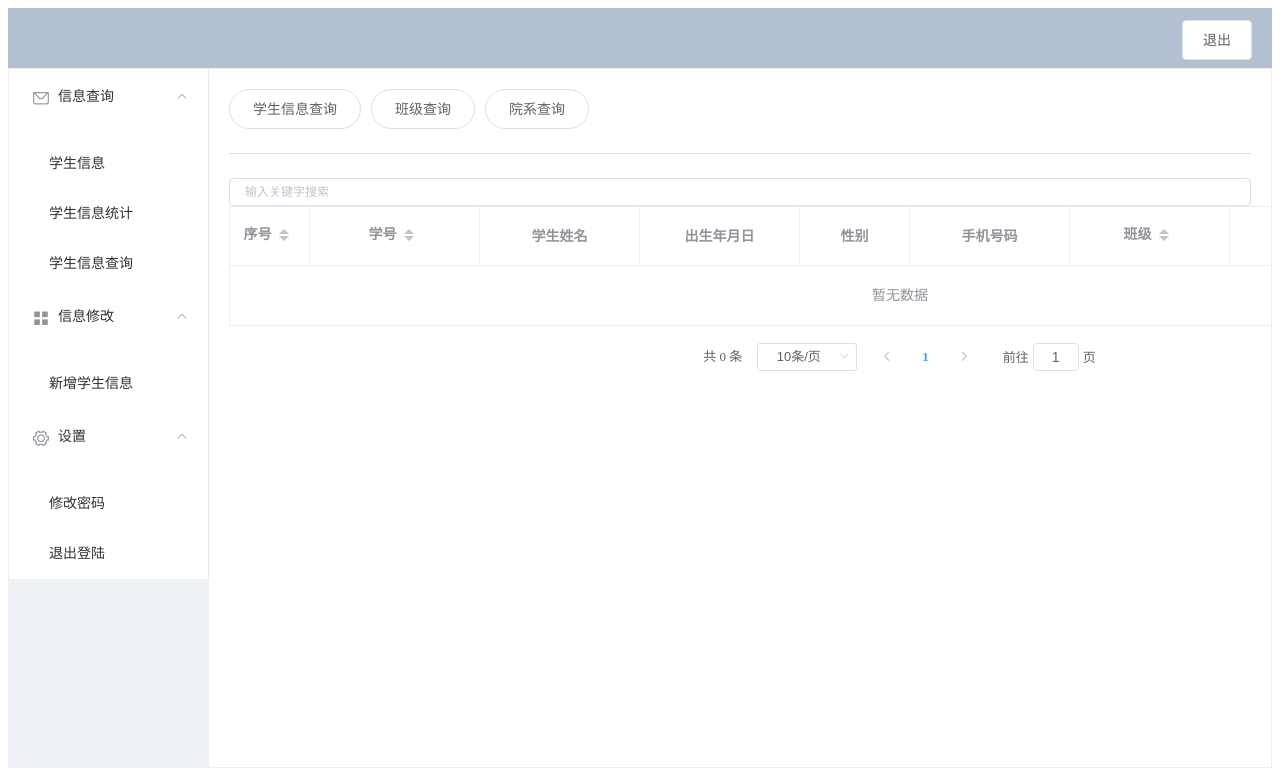
Repository: zhu-jun-xian/Student_information_management_system
Page: /selectstudent (app in front_end/front_end/)
An editor plug-in stored every save of this project. The page is shown before and after a run of saves, followed by the edit.
The browser window is 1280 px wide. The pictures show the whole page.
The page's requests for data from a server got no answer. The project was rebuilt for these pictures with package versions that can differ from the ones it lists, and the page was loaded fresh each time. No one was signed in, and anything a server would have sent is missing. Also part of the build but not shown: front_end/front_end/src/components/login.vue, front_end/front_end/src/components/register.vue.

Above is the page before, as saved 2020-11-23 19:09:20.

### front_end/front_end/index.html
<!DOCTYPE html>
<html>

<head>
    <meta charset="utf-8">
    <meta name="viewport" content="width=device-width,initial-scale=1.0">
    <script src="https://unpkg.com/axios/dist/axios.min.js"></script>
    <title>front_end</title>
</head>

<body>
    <div id="app"></div>
    <!-- built files will be auto injected -->
</body>

</html>

### front_end/front_end/src/App.vue
<template>
  <div id="app">

  <router-view/>
  </div>
</template>
<script>

export default {
  data(){
    return {

    }
  }

}
</script>

### front_end/front_end/src/components/User/selectstudent.vue
<template>
  <div class="hello">
    <div>
      <el-row>
        <el-button round  >学生信息查询</el-button>
        <el-button round   @click.native="selectclassVisible=true">班级查询</el-button>
        <el-button round   @click.native="selectgendVisible=true">院系查询</el-button> <el-divider></el-divider>
        <el-input  v-model="search" size="mini" placeholder="输入关键字搜索"/>

      </el-row>
    </div>
    <el-container>

   <div>
    <el-table border class="el-table-column" :data="stuData.slice((currentPage-1)*pageSize,currentPage*pageSize)" :default-sort = "{prop: 'date', order: 'descending'}" style="width: 100%" @row-click="rowclick">
      <el-table-column align="center" header-align="center" prop="stuNum" label="序号" width="80%" sortable></el-table-column>
      <el-table-column align="center" header-align="center" prop="stuID" label="学号"  width="170%" sortable></el-table-column>
      <el-table-column align="center" header-align="center" prop="stuName" label="学生姓名"  width="160%"></el-table-column>
      <el-table-column align="center" header-align="center" prop="stuBirth" label="出生年月日"  width="160%"></el-table-column>
      <el-table-column align="center" header-align="center" prop="stuSex" label="性别"  width="110%"></el-table-column>
      <el-table-column align="center" header-align="center" prop="stuTel" label="手机号码"  width="160%"></el-table-column>
      <el-table-column align="center" header-align="center" prop="stuClass" label="班级"  width="160%" sortable></el-table-column>
      <el-table-column align="center" header-align="center" prop="stuDep" label="系部"  width="160%" sortable></el-table-column>
      <el-table-column align="center" header-align="center" prop="" label="操作"  width="180%">
      <el-button
          size="mini"
          @click.native="UpdateVisible = true">Edit</el-button>

        <el-button
          size="mini"
          type="danger"
          @click.native.prevent="deleteRow()">Delete</el-button></el-table-column>
    </el-table>
    <div class="block" style="margin-top:15px;">
            <el-pagination align='center'
            @size-change="handleSizeChange"
            @current-change="handleCurrentChange"
            :current-page="currentPage"
            :page-sizes="[5,10,20,50]"
            :page-size="pageSize"
            layout="total, sizes, prev, pager, next, jumper"
            :total="stuData.length">
            </el-pagination>
        </div>
    </div>

</el-container>


<el-dialog title="修改学生信息" :visible.sync="UpdateVisible" width="35%">

        <el-form ref="Updateform" :model="Updateform" label-width="100px">
          <el-form-item label="学号" prop="studentnumber">
            <el-input v-model="rowID" plain disabled></el-input>
          </el-form-item>
          <el-form-item label="学生姓名" prop="name">
            <el-input v-model="Updateform.name"></el-input>
          </el-form-item>

          <el-form-item label="出生年月" prop="time" >
                       <el-input v-model="Updateform.time" placeholder="20200501"></el-input>
          </el-form-item>
           <el-form-item label="性别" prop="sex">
                <el-select v-model="Updateform.sex" placeholder="请选择" style="width:100%" >
                     <el-option label="男" value="男"></el-option>
                      <el-option label="女" value="女"></el-option>
                 </el-select>
          </el-form-item>
         <el-form-item label="手机号码" prop="tel">
            <el-input v-model="Updateform.tel"></el-input>
           </el-form-item>
           <el-form-item label="班级" prop="classnumber">
            <el-input v-model="Updateform.classnumber"></el-input>
           </el-form-item>
           <el-form-item label="系部" prop="department">
           <el-select v-model="Updateform.department" placeholder="请选择" style="width:100%" >
            <el-option label="智能制造学部" value="智能制造学部"></el-option>
            <el-option label="土木工程学院" value="土木工程学院"></el-option>
            <el-option label="经济管理学院" value="经济管理学院"></el-option>
            <el-option label="外国语学院" value="外国语学院"></el-option>
            <el-option label="艺术设计学院" value="艺术设计学院"></el-option>
          </el-select>
           </el-form-item>
          <el-form-item>
            <el-button type="primary" @click="updateusermessage">确认</el-button>
            <el-button @click="resetForm('Updateform')">清空</el-button>
          </el-form-item>
        </el-form>
      </span>
    </el-dialog>


  </div>
</template>

<script>
// import selectstudent from '@/components/User/selectstudent'
 export default {

   data() {
      return {
        rowID:'',
         stuData: [{
            stuNum: '',
            stuID: '',
            stuName: '',
            stuBirth:'',
            stuSex:'',
            stuTel:'',
            stuClass:'',
            stuDep:'',
          }],
          currentPage:1,
        pageSize:10,
        ifimg:true,
        stuData:[],
        tabPosition: 'left',
        // dialogVisible: false,
        UpdateVisible: false, //控制对话框的显示和隐藏
        dialog: false,
         imageUrl: '',
      Updateform: {
        studentnumber: "",
        name: "",
        time: "",
        sex: "",
        tel: "",
        classnumber: "",
        department: "",
      },

      };
    },


    methods: {
      updateusermessage(){
         let stuid=this.rowID
         console.log("updateusermessage:"+stuid)
axios({
          method:"post",
          url:"/api/updateMessagesById",
          data:{
            stuID:stuid,
            stuName:this.Updateform.name,
            stuBirth:this.Updateform.time,
            stuSex:this.Updateform.sex,
            stuTel:this.Updateform.tel,
            stuClass:this.Updateform.classnumber,
            stuDep:this.Updateform.department,
          }
        }).then(response=>{
          console.log(response.data)
          this.UpdateVisible=false
          if(response.data=="ok"){
alert("修改成功")
 axios({
          method:"get",
          url:"/api/findAll",
        }).then(response=>{
          let body = response.data;

          console.log(typeof (body));
         this.stuData=body
          console.log(JSON.stringify(body))
        }).catch(err=>{
          console.log("...err...",err)
        });
          }

        }).catch(err=>{
          console.log("...err...",err)
        });
      },



 //删除学生信息
      deleteRow(){
 let stuid=this.rowID
         console.log("deleteRow:"+stuid)
axios({
          method:"post",
          url:"/api/deleteMessagesById",
          data:{
            stuID:stuid
          }
        }).then(response=>{
          console.log(response.data)
          if(response.data=="ok"){
alert("删除成功")
 axios({
          method:"get",
          url:"/api/findAll",
        }).then(response=>{
          let body = response.data;

          console.log(typeof (body));
         this.stuData=body
          console.log(JSON.stringify(body))
        }).catch(err=>{
          console.log("...err...",err)
        });
          }

        }).catch(err=>{
          console.log("...err...",err)
        });
      },

//获取一行的学号
      rowclick(row){
        this.rowID=row.stuID
        console.log("rowclick:"+row.stuID)
        return row.stuID
      },


      handleClose(key, keyPath) {
        console.log(key, keyPath);
      },

//清空表单
    resetForm(formName) {
        this.$refs[formName].resetFields();
      },

            //分页
        handleSizeChange(val) {
         console.log(`每页 ${val} 条`);
         this.currentPage = 1;
         this.pageSize = val;
        },
        handleCurrentChange: function(val) {
            this.currentPage = val;
        },

    },
    //获取表格数据
    created(){
      var name = this.$route.query.username;
      console.log(name)
       this.username=name;
       console.log(this.username)
          axios({
          method:"get",
          url:"/api/findAll",
        }).then(response=>{
          let body = response.data;

          console.log(typeof (body));
         this.stuData=body
          console.log(JSON.stringify(body))
        }).catch(err=>{
          console.log("...err...",err)
        });
    },

  }

</script>


<!-- Add "scoped" attribute to limit CSS to this component only -->
<style>
.el-header {
    background-color: #B3C0D1;
    color: #333;
    line-height: 60px;
  }

  .el-aside {
    color: #333;
  }

  .avatar-uploader .el-upload {
    border: 1px dashed #d9d9d9;
    border-radius: 6px;
    cursor: pointer;
    position: relative;
    overflow: hidden;
  }
  .avatar-uploader .el-upload:hover {
    border-color: #409EFF;
  }
  .avatar-uploader-icon {
    font-size: 28px;
    color: #8c939d;
    width: 178px;
    height: 178px;
    line-height: 178px;
    text-align: center;
  }
  .avatar {
    width: 178px;
    height: 178px;
    display: block;
  }
</style>

### front_end/front_end/src/components/User/inforstudent.vue
<template>
  <div class="hello">
    <el-container>

   <div>
    <el-table border class="el-table-column" :data="stuData.slice((currentPage-1)*pageSize,currentPage*pageSize)" style="width: 100%" @row-click="rowclick">
      <el-table-column align="center" header-align="center" prop="stuNum" label="序号" width="80%"></el-table-column>
      <el-table-column align="center" header-align="center" prop="stuID" label="学号"  width="170%"></el-table-column>
      <el-table-column align="center" header-align="center" prop="stuName" label="学生姓名"  width="160%"></el-table-column>
      <el-table-column align="center" header-align="center" prop="stuBirth" label="出生年月日"  width="160%"></el-table-column>
      <el-table-column align="center" header-align="center" prop="stuSex" label="性别"  width="110%"></el-table-column>
      <el-table-column align="center" header-align="center" prop="stuTel" label="手机号码"  width="160%"></el-table-column>
      <el-table-column align="center" header-align="center" prop="stuClass" label="班级"  width="160%"></el-table-column>
      <el-table-column align="center" header-align="center" prop="stuDep" label="系部"  width="160%"></el-table-column>
      <el-table-column align="center" header-align="center" prop="" label="操作"  width="180%">
      <el-button
          size="mini"
          @click.native="UpdateVisible = true">Edit</el-button>

        <el-button
          size="mini"
          type="danger"
          @click.native.prevent="deleteRow()">Delete</el-button></el-table-column>
    </el-table>
    <div class="block" style="margin-top:15px;">
            <el-pagination align='center'
            @size-change="handleSizeChange"
            @current-change="handleCurrentChange"
            :current-page="currentPage"
            :page-sizes="[5,10,20,50]"
            :page-size="pageSize"
            layout="total, sizes, prev, pager, next, jumper"
            :total="stuData.length">
            </el-pagination>
        </div>
    </div>

</el-container>


<el-dialog title="修改学生信息" :visible.sync="UpdateVisible" width="35%">
      <span>
        <el-form ref="Updateform" :model="Updateform" label-width="100px">
          <el-form-item label="学号" prop="studentnumber">
            <el-input v-model="rowID" plain disabled></el-input>
          </el-form-item>
          <el-form-item label="学生姓名" prop="name">
            <el-input v-model="Updateform.name"></el-input>
          </el-form-item>

          <el-form-item label="出生年月" prop="time" >
                       <el-input v-model="Updateform.time" placeholder="20200501"></el-input>
          </el-form-item>
           <el-form-item label="性别" prop="sex">
                <el-select v-model="Updateform.sex" placeholder="请选择" style="width:100%" >
                     <el-option label="男" value="男"></el-option>
                      <el-option label="女" value="女"></el-option>
                 </el-select>
          </el-form-item>
         <el-form-item label="手机号码" prop="tel">
            <el-input v-model="Updateform.tel"></el-input>
          </el-form-item>
           <el-form-item label="班级" prop="classnumber">
            <el-input v-model="Updateform.classnumber"></el-input>
          </el-form-item>
          <el-form-item label="系部" prop="department">
       <el-select v-model="Updateform.department" placeholder="请选择" style="width:100%" >
            <el-option label="智能制造学部" value="智能制造学部"></el-option>
            <el-option label="土木工程学院" value="土木工程学院"></el-option>
            <el-option label="经济管理学院" value="经济管理学院"></el-option>
            <el-option label="外国语学院" value="外国语学院"></el-option>
            <el-option label="艺术设计学院" value="艺术设计学院"></el-option>
       </el-select>
       </el-form-item>
          <el-form-item>
            <el-button type="primary" @click="updateusermessage">确认</el-button>
            <el-button @click="resetForm('Updateform')">清空</el-button>
          </el-form-item>
        </el-form>
      </span>
    </el-dialog>


  </div>
</template>

<script>
// import selectstudent from '@/components/User/selectstudent'
 export default {

   data() {
      return {
        rowID:'',
         stuData: [{
            stuNum: '',
            stuID: '',
            stuName: '',
            stuBirth:'',
            stuSex:'',
            stuTel:'',
            stuClass:'',
            stuDep:'',
          }],
          currentPage:1,
        pageSize:10,
        ifimg:true,
        stuData:[],
        tabPosition: 'left',
        // dialogVisible: false,
        UpdateVisible: false, //控制对话框的显示和隐藏
        dialog: false,
         imageUrl: '',
      Updateform: {
        studentnumber: "",
        name: "",
        time: "",
        sex: "",
        tel: "",
        classnumber: "",
        department: "",
      },

      };
    },


    methods: {
      updateusermessage(){
         let stuid=this.rowID
         console.log("updateusermessage:"+stuid)
axios({
          method:"post",
          url:"/api/updateMessagesById",
          data:{
            stuID:stuid,
            stuName:this.Updateform.name,
            stuBirth:this.Updateform.time,
            stuSex:this.Updateform.sex,
            stuTel:this.Updateform.tel,
            stuClass:this.Updateform.classnumber,
            stuDep:this.Updateform.department,
          }
        }).then(response=>{
          console.log(response.data)
          this.UpdateVisible=false
          if(response.data=="ok"){
alert("修改成功")
 axios({
          method:"get",
          url:"/api/findAll",
        }).then(response=>{
          let body = response.data;

          console.log(typeof (body));
         this.stuData=body
          console.log(JSON.stringify(body))
        }).catch(err=>{
          console.log("...err...",err)
        });
          }

        }).catch(err=>{
          console.log("...err...",err)
        });
      },



 //删除学生信息
      deleteRow(){
 let stuid=this.rowID
         console.log("deleteRow:"+stuid)
axios({
          method:"post",
          url:"/api/deleteMessagesById",
          data:{
            stuID:stuid
          }
        }).then(response=>{
          console.log(response.data)
          if(response.data=="ok"){
alert("删除成功")
 axios({
          method:"get",
          url:"/api/findAll",
        }).then(response=>{
          let body = response.data;

          console.log(typeof (body));
         this.stuData=body
          console.log(JSON.stringify(body))
        }).catch(err=>{
          console.log("...err...",err)
        });
          }

        }).catch(err=>{
          console.log("...err...",err)
        });
      },

//获取一行的学号
      rowclick(row){
        this.rowID=row.stuID
        console.log("rowclick:"+row.stuID)
        return row.stuID
      },


      handleClose(key, keyPath) {
        console.log(key, keyPath);
      },

//清空表单
    resetForm(formName) {
        this.$refs[formName].resetFields();
      },

            //分页
        handleSizeChange(val) {
         console.log(`每页 ${val} 条`);
         this.currentPage = 1;
         this.pageSize = val;
        },
        handleCurrentChange: function(val) {
            this.currentPage = val;
        },

    },
    //获取表格数据
    created(){
      var name = this.$route.query.username;
      console.log(name)
       this.username=name;
       console.log(this.username)
          axios({
          method:"get",
          url:"/api/findAll",
        }).then(response=>{
          let body = response.data;

          console.log(typeof (body));
         this.stuData=body
          console.log(JSON.stringify(body))
        }).catch(err=>{
          console.log("...err...",err)
        });
    },

  }

</script>


<!-- Add "scoped" attribute to limit CSS to this component only -->
<style>
.el-header {
    background-color: #B3C0D1;
    color: #333;
    line-height: 60px;
  }

  .el-aside {
    color: #333;
  }

  .avatar-uploader .el-upload {
    border: 1px dashed #d9d9d9;
    border-radius: 6px;
    cursor: pointer;
    position: relative;
    overflow: hidden;
  }
  .avatar-uploader .el-upload:hover {
    border-color: #409EFF;
  }
  .avatar-uploader-icon {
    font-size: 28px;
    color: #8c939d;
    width: 178px;
    height: 178px;
    line-height: 178px;
    text-align: center;
  }
  .avatar {
    width: 178px;
    height: 178px;
    display: block;
  }
</style>

Loaded but not shown: front_end/front_end/src/router/index.js (39 lines, source omitted); front_end/front_end/src/main.js (20 lines, source omitted); front_end/front_end/src/components/user.vue (430 lines, source omitted)

After the next 2 saves:
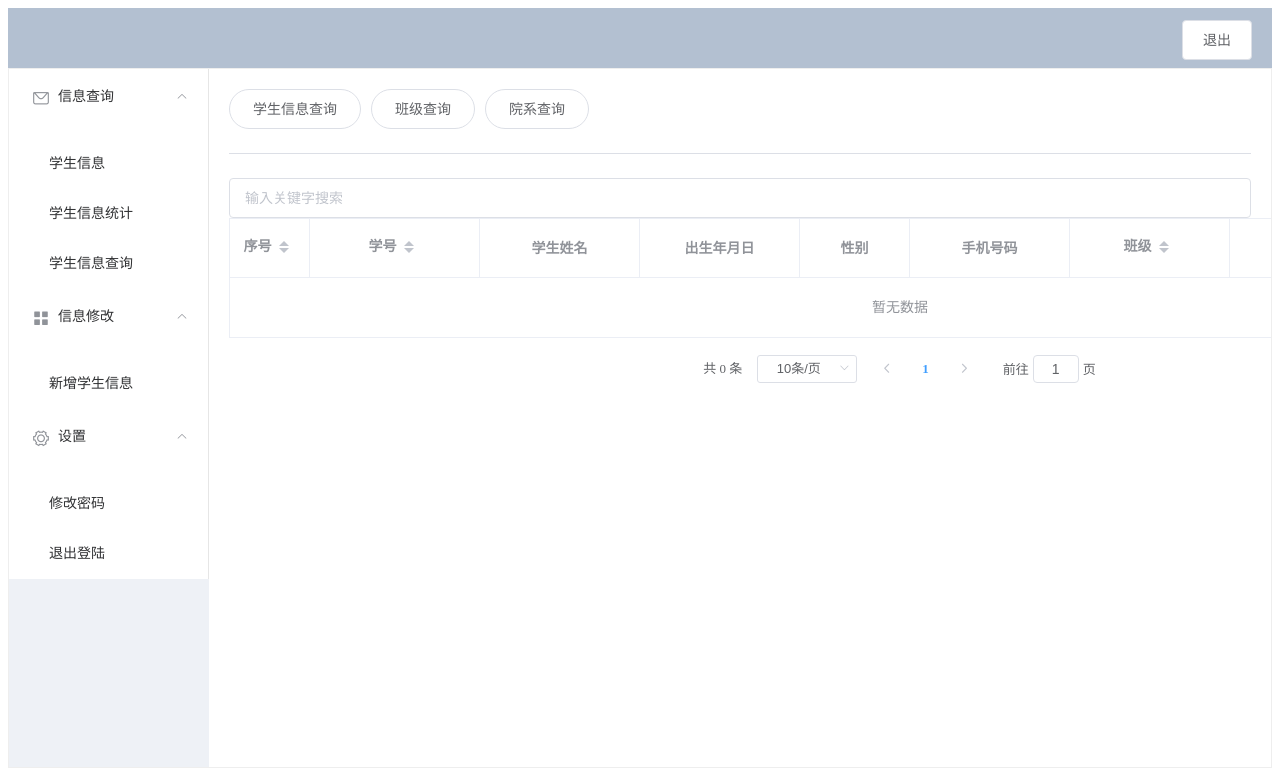
The 2 saves are shown as one change because they came seconds apart.
The last was saved 7 s later.
--- a/front_end/front_end/src/components/User/selectstudent.vue
+++ b/front_end/front_end/src/components/User/selectstudent.vue
@@ -5,7 +5,7 @@
         <el-button round  >学生信息查询</el-button>
         <el-button round   @click.native="selectclassVisible=true">班级查询</el-button>
         <el-button round   @click.native="selectgendVisible=true">院系查询</el-button> <el-divider></el-divider>
-        <el-input  v-model="search" size="mini" placeholder="输入关键字搜索"/>
+        <el-input  v-model="search" ali placeholder="输入关键字搜索"/>
 
       </el-row>
     </div>
